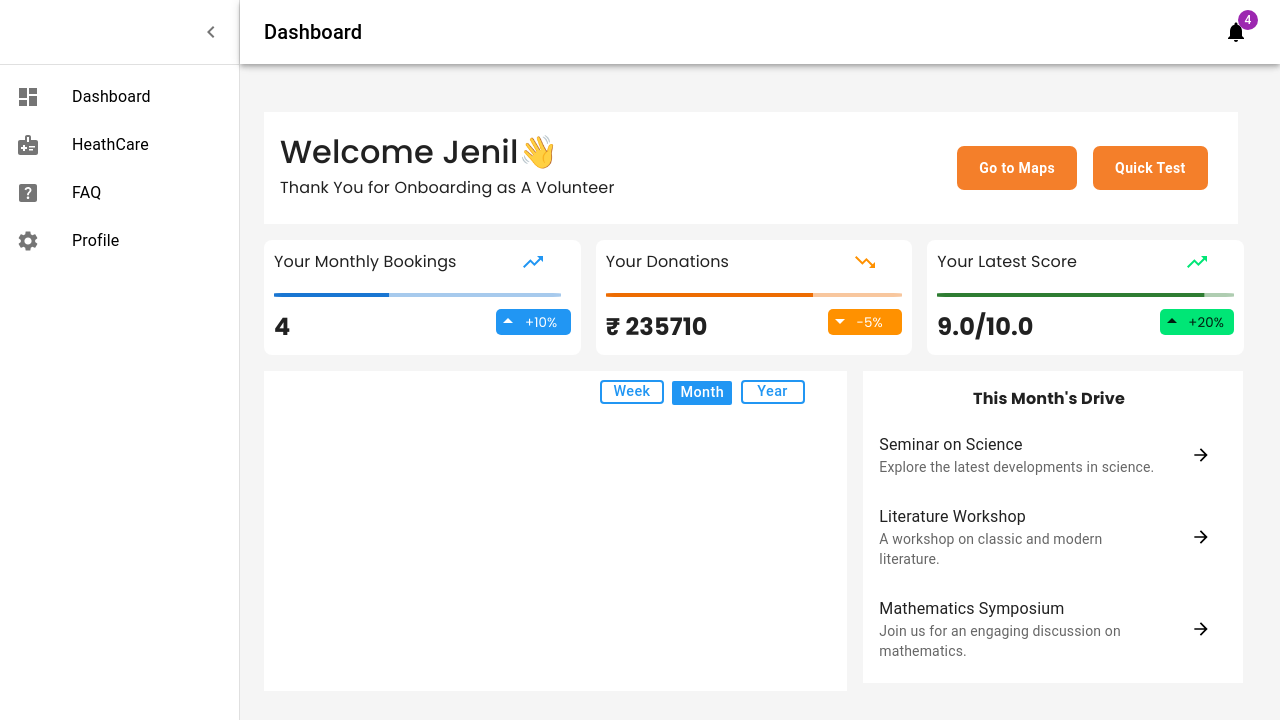
Repository: shubhampirate/Google_Solutions_Edural
Page: /dashboard
These files come from the project's save history. The page is drawn as it stood at one moment and after the next save; the edit follows.
The browser window is 1280 px wide. The pictures show the whole page.
The page's requests for data from a server got no answer. An inner scrolling area shows only its first screen. The project was rebuilt for these pictures with package versions that can differ from the ones it lists, and the page was loaded fresh each time. Some packages were replaced by stand-ins written for this rebuild. No one was signed in, and anything a server would have sent is missing. Also part of the build but not shown: src/Components/Navbar.jsx, src/Components/Footer.jsx, src/Components/CongratsCard.jsx, src/pages/Hero/Hero.jsx, src/pages/Sign_in.jsx.

Above is the page before, as saved 2024-02-03 19:02:10.

After the next save:
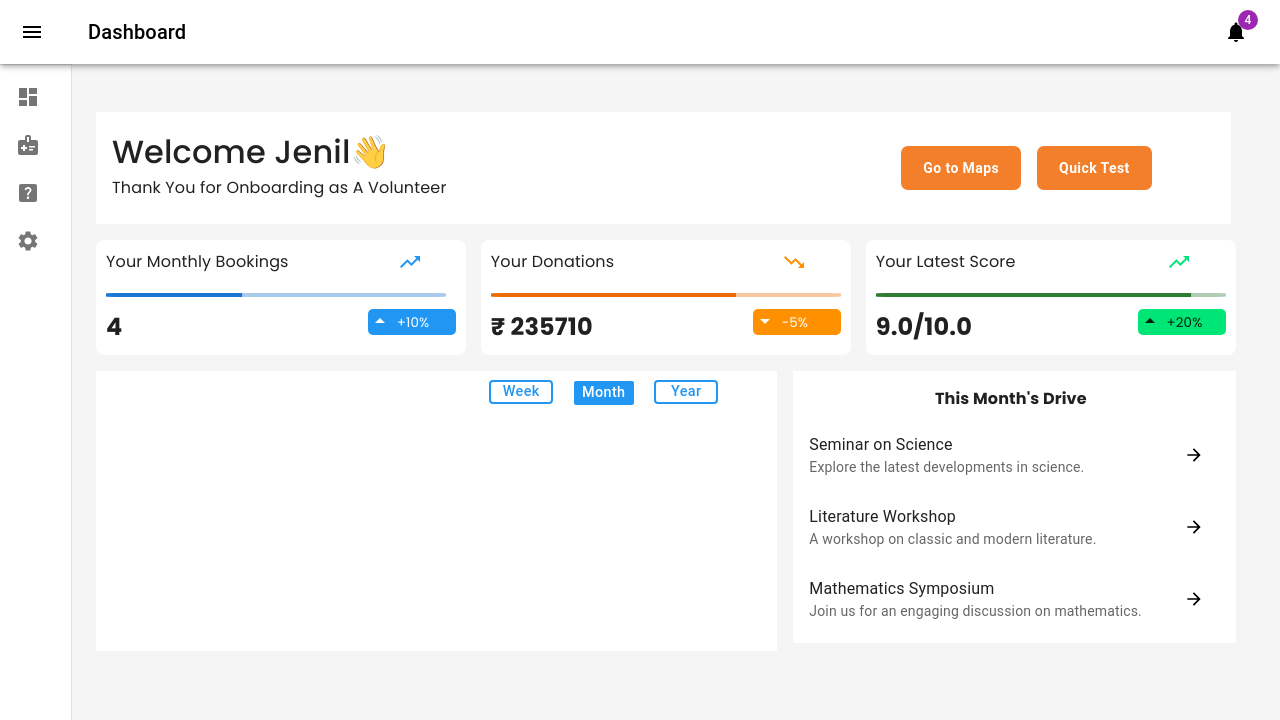
Saved 6 s later.
--- a/src/Components/layout.jsx
+++ b/src/Components/layout.jsx
@@ -66,7 +66,7 @@ const Drawer = styled(MuiDrawer, { shouldForwardProp: (prop) => prop !== 'open'
 const defaultTheme = createTheme();
 
 const Layout = ({ children }) => {
-  const [open, setOpen] = React.useState(true);
+  const [open, setOpen] = React.useState(false);
 
   const toggleDrawer = () => {
     setOpen(!open);
